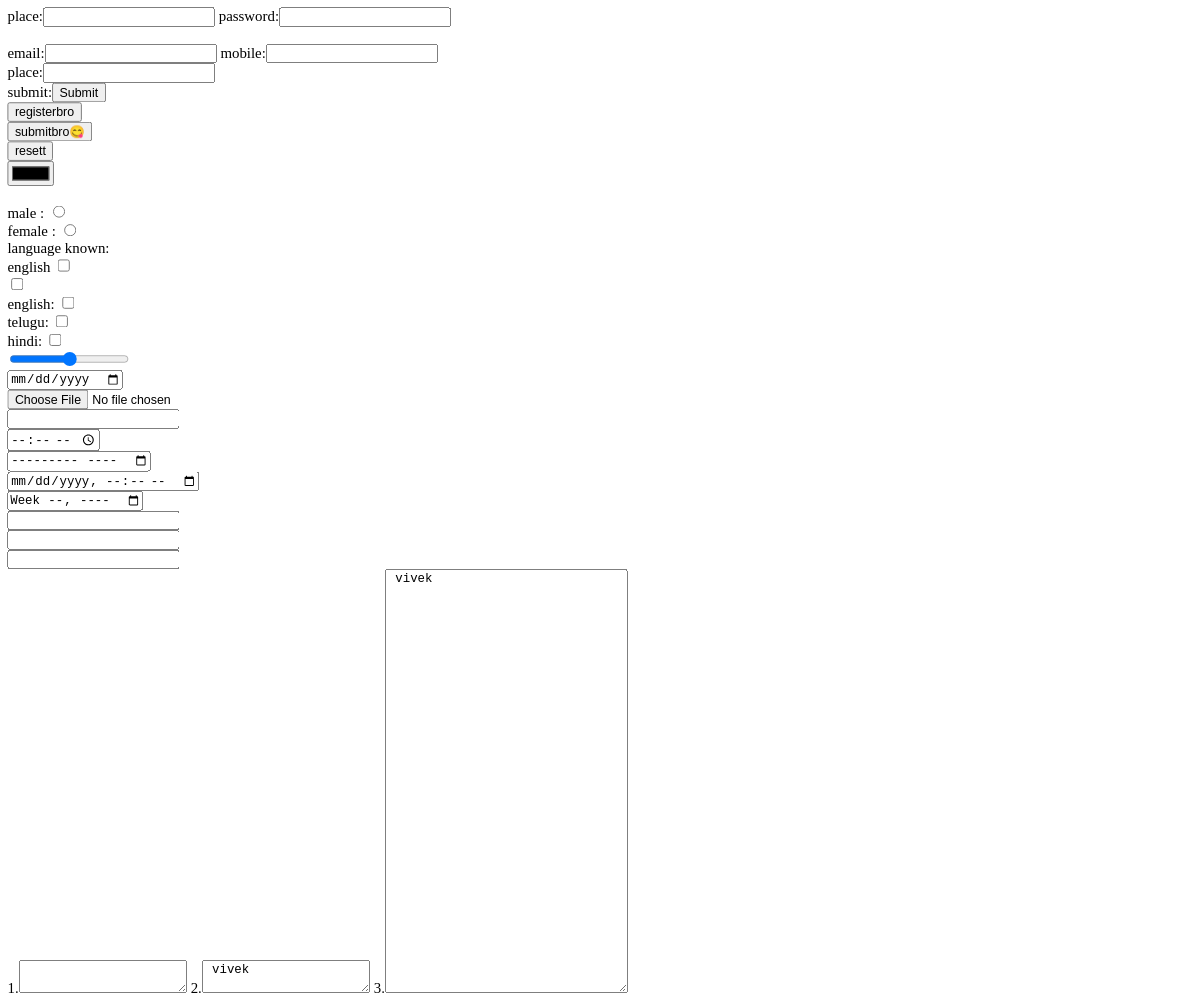
Repository: viveknaidu007/repo-113-HTML
Page: 9.html
An editor plug-in stored every save of this project. The page is shown before and after the next save, followed by the edit.
The browser window is 1280 px wide. The pictures show the whole page, at 93% of full size.

Above is the page before, as saved 2024-06-15 22:01:20.

After the next save:
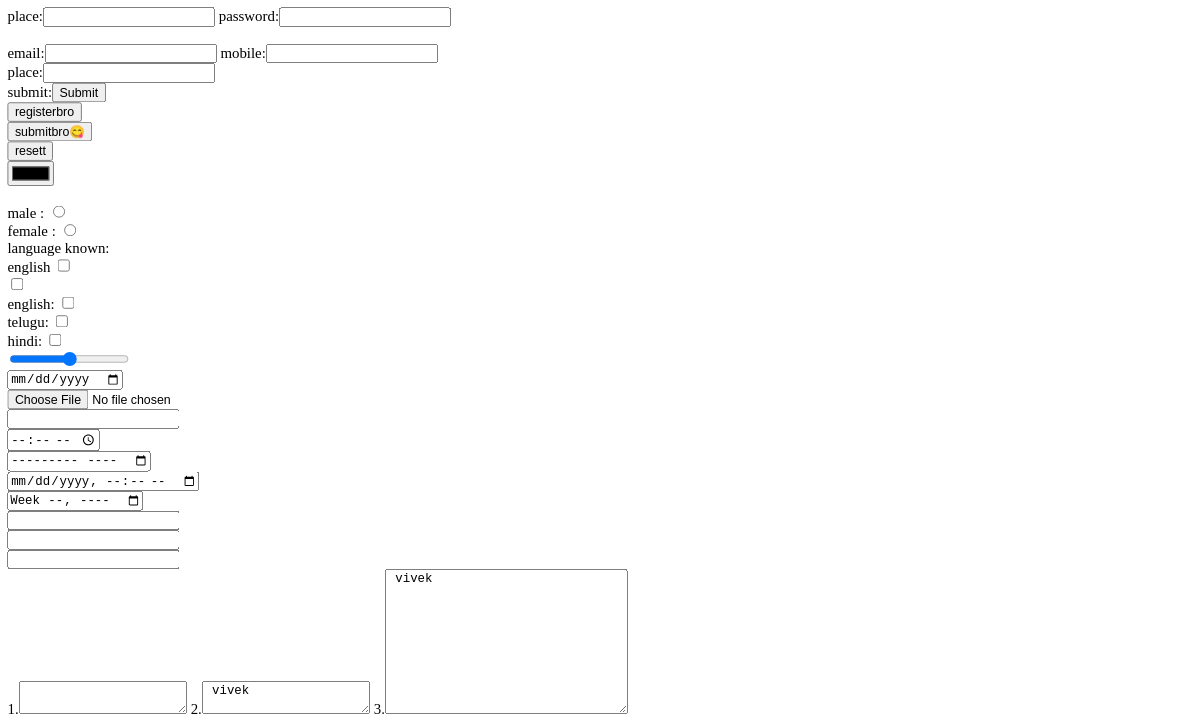
Saved 7 s later.
--- a/9.html
+++ b/9.html
@@ -41,7 +41,7 @@
 
             1.<textarea></textarea>
             2.<textarea> vivek </textarea>
-            3.<textarea cols="30" rows="30"> vivek </textarea>
+            3.<textarea cols="30" rows="10"> vivek </textarea>
         </form>
     </body>
 </html>
